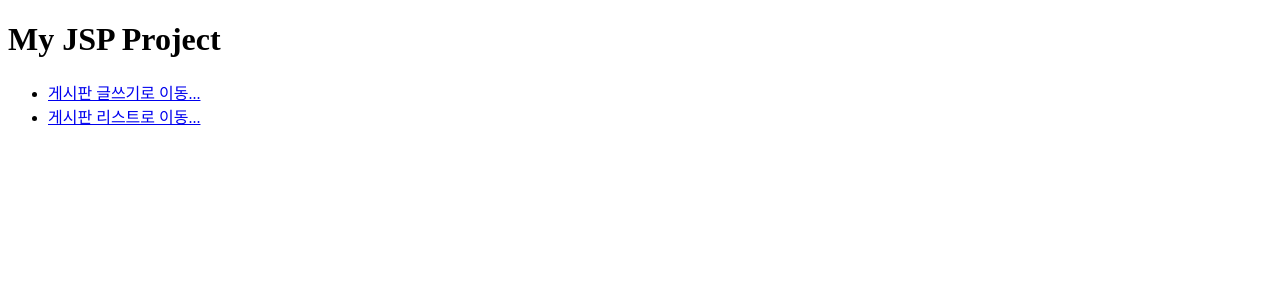
Repository: Leesunghoon1/paging
Page: http://localhost/jsp_project/
The author's editor kept a copy of each file at every save. The page is drawn from the files as they stood at one save, then again after the next save.
The browser window is 1280 px wide. The pictures show the whole page.
The page is served by Tomcat 9. Other server files are loaded and not shown.

Above is the page before, as saved 2023-09-13 08:16:50.

### jsp_project/src/main/webapp/index.jsp
<%@ page language="java" contentType="text/html; charset=UTF-8"
    pageEncoding="UTF-8"%>
<!DOCTYPE html>
<html>
<head>
<meta charset="UTF-8">
<title>Insert title here</title>
</head>
<body>
<h1>My JSP Project</h1>
	<ul>
	<li>
		<a href="/brd/register">게시판 글쓰기로 이동...</a>
	</li>
	<li>
		<a href="/brd/list">게시판 리스트로 이동...</a>
	</li>
	</ul>
</body>
</html>

After the next save:
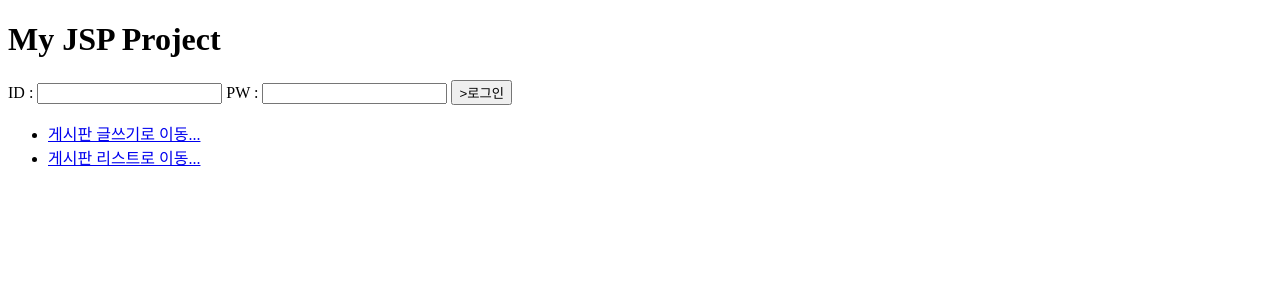
Saved 16 min 59 s later.
--- a/jsp_project/src/main/webapp/index.jsp
+++ b/jsp_project/src/main/webapp/index.jsp
@@ -8,6 +8,14 @@
 </head>
 <body>
 <h1>My JSP Project</h1>
+
+		<form action="/mem/login" method="post">
+		ID : <input type="text" name="id">
+		PW : <input type="text" name="pw">
+		<button type="submit">>로그인</button>
+
+		</form>
+
 	<ul>
 	<li>
 		<a href="/brd/register">게시판 글쓰기로 이동...</a>
